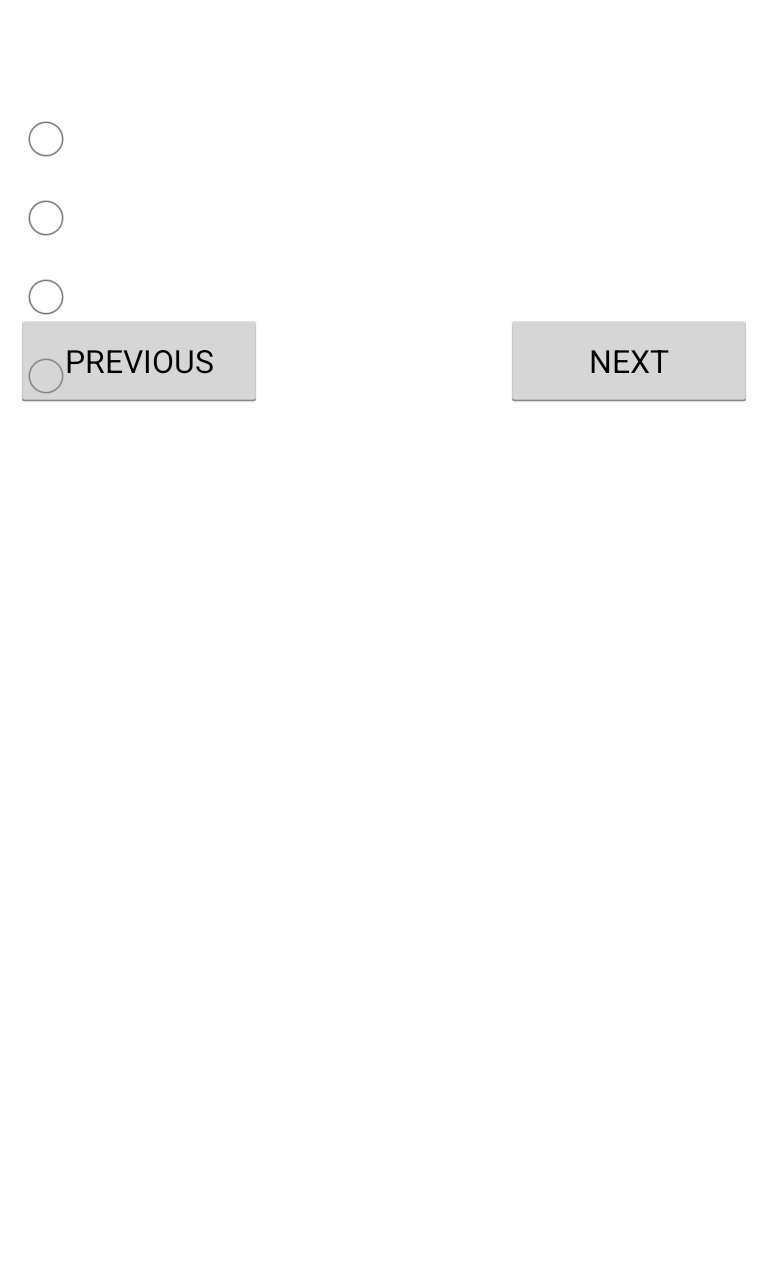
Repository: Harshil737/Career-Launcher
Layout: CareerLauncher/res/layout/fragment_test_page.xml
The author's editor kept a copy of each file at every save. The layout is drawn from the files as they stood at one save, then again after the next save.
It is drawn on a 768 x 1280 px phone screen (xhdpi) without system bars, with theme AppTheme; the app's code is not run.

Above is the layout before, as saved 2017-11-05 15:45:38.

### CareerLauncher/res/layout/fragment_test_page.xml
<RelativeLayout xmlns:android="http://schemas.android.com/apk/res/android"
    xmlns:tools="http://schemas.android.com/tools"
    android:layout_width="match_parent"
    android:layout_height="match_parent"
    android:paddingBottom="@dimen/activity_vertical_margin"
    android:paddingLeft="@dimen/activity_horizontal_margin"
    android:paddingRight="@dimen/activity_horizontal_margin"
    android:paddingTop="@dimen/activity_vertical_margin"
    tools:context=".TestPage" >

    <ScrollView
        android:layout_width="match_parent"
        android:layout_height="match_parent" >

        <RelativeLayout
            android:layout_width="match_parent"
            android:layout_height="match_parent" >

            <TextView
                android:id="@+id/test_page_tv_que"
                android:layout_width="match_parent"
                android:layout_height="wrap_content"
                android:layout_marginTop="7dp"
                android:textSize="24sp" />

            <RadioGroup
                android:id="@+id/test_page_rbGroup"
                android:layout_width="wrap_content"
                android:layout_height="wrap_content"
                android:layout_below="@id/test_page_tv_que" >

                <RadioButton
                    android:id="@+id/test_page_rb_op1"
                    android:layout_width="wrap_content"
                    android:layout_height="wrap_content"
                    android:layout_marginTop="7dp"
                    android:textSize="24sp" />

                <RadioButton
                    android:id="@+id/test_page_rb_op2"
                    android:layout_width="wrap_content"
                    android:layout_height="wrap_content"
                    android:layout_marginTop="7dp"
                    android:textSize="24sp" />

                <RadioButton
                    android:id="@+id/test_page_rb_op3"
                    android:layout_width="wrap_content"
                    android:layout_height="wrap_content"
                    android:layout_marginTop="7dp"
                    android:textSize="24sp" />

                <RadioButton
                    android:id="@+id/test_page_rb_op4"
                    android:layout_width="wrap_content"
                    android:layout_height="wrap_content"
                    android:layout_marginTop="7dp"
                    android:textSize="24sp" />
            </RadioGroup>

            <Button
                android:id="@+id/test_page_btn_previous"
                android:layout_width="125dp"
                android:layout_height="wrap_content"
                android:layout_alignParentBottom="true"
                android:layout_alignParentLeft="true"
                android:layout_marginBottom="24dp"
                android:layout_marginTop="7dp"
                android:text="PREVIOUS"
                android:textSize="16sp" />

            <Button
                android:id="@+id/test_page_btn_next"
                android:layout_width="125dp"
                android:layout_height="wrap_content"
                android:layout_alignParentBottom="true"
                android:layout_alignParentRight="true"
                android:layout_marginBottom="24dp"
                android:layout_marginTop="7dp"
                android:text="NEXT"
                android:textSize="16sp" />
        </RelativeLayout>
    </ScrollView>

</RelativeLayout>

### CareerLauncher/res/values/styles.xml
<resources>

    <style name="AppBaseTheme" parent="android:Theme.Light"></style>

    <!-- Application theme. -->
    <style name="AppTheme" parent="AppBaseTheme"></style>

</resources>

Loaded but not shown: CareerLauncher/res/values-v11/styles.xml (common file); CareerLauncher/res/values-v14/styles.xml (common file); CareerLauncher/res/values/dimens.xml (common file)

After the next save:
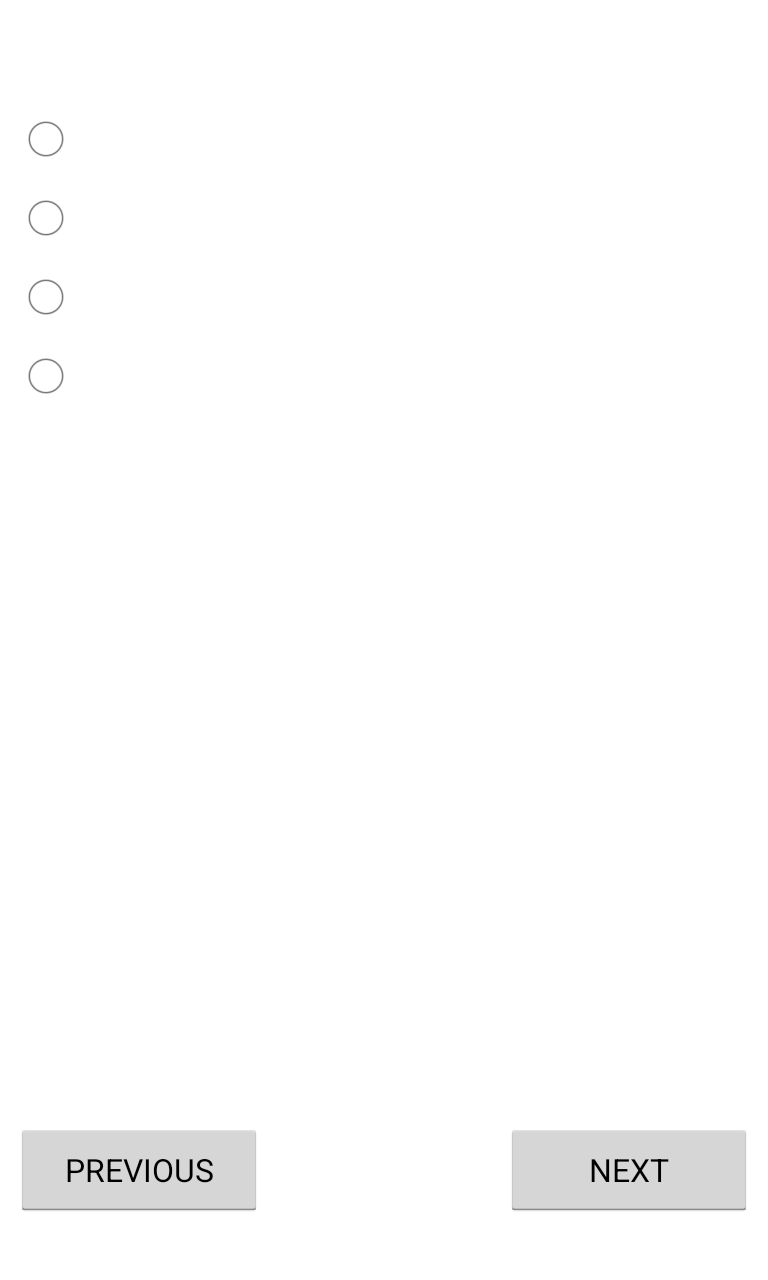
Saved 30 s later.
--- a/CareerLauncher/res/layout/fragment_test_page.xml
+++ b/CareerLauncher/res/layout/fragment_test_page.xml
@@ -8,78 +8,68 @@
     android:paddingTop="@dimen/activity_vertical_margin"
     tools:context=".TestPage" >
 
-    <ScrollView
+    <TextView
+        android:id="@+id/test_page_tv_que"
         android:layout_width="match_parent"
-        android:layout_height="match_parent" >
+        android:layout_height="wrap_content"
+        android:layout_marginTop="7dp"
+        android:textSize="24sp" />
 
-        <RelativeLayout
-            android:layout_width="match_parent"
-            android:layout_height="match_parent" >
+    <RadioGroup
+        android:id="@+id/test_page_rbGroup"
+        android:layout_width="wrap_content"
+        android:layout_height="wrap_content"
+        android:layout_below="@id/test_page_tv_que" >
 
-            <TextView
-                android:id="@+id/test_page_tv_que"
-                android:layout_width="match_parent"
-                android:layout_height="wrap_content"
-                android:layout_marginTop="7dp"
-                android:textSize="24sp" />
+        <RadioButton
+            android:id="@+id/test_page_rb_op1"
+            android:layout_width="wrap_content"
+            android:layout_height="wrap_content"
+            android:layout_marginTop="7dp"
+            android:textSize="24sp" />
 
-            <RadioGroup
-                android:id="@+id/test_page_rbGroup"
-                android:layout_width="wrap_content"
-                android:layout_height="wrap_content"
-                android:layout_below="@id/test_page_tv_que" >
+        <RadioButton
+            android:id="@+id/test_page_rb_op2"
+            android:layout_width="wrap_content"
+            android:layout_height="wrap_content"
+            android:layout_marginTop="7dp"
+            android:textSize="24sp" />
 
-                <RadioButton
-                    android:id="@+id/test_page_rb_op1"
-                    android:layout_width="wrap_content"
-                    android:layout_height="wrap_content"
-                    android:layout_marginTop="7dp"
-                    android:textSize="24sp" />
+        <RadioButton
+            android:id="@+id/test_page_rb_op3"
+            android:layout_width="wrap_content"
+            android:layout_height="wrap_content"
+            android:layout_marginTop="7dp"
+            android:textSize="24sp" />
 
-                <RadioButton
-                    android:id="@+id/test_page_rb_op2"
-                    android:layout_width="wrap_content"
-                    android:layout_height="wrap_content"
-                    android:layout_marginTop="7dp"
-                    android:textSize="24sp" />
+        <RadioButton
+            android:id="@+id/test_page_rb_op4"
+            android:layout_width="wrap_content"
+            android:layout_height="wrap_content"
+            android:layout_marginTop="7dp"
+            android:textSize="24sp" />
+    </RadioGroup>
 
-                <RadioButton
-                    android:id="@+id/test_page_rb_op3"
-                    android:layout_width="wrap_content"
-                    android:layout_height="wrap_content"
-                    android:layout_marginTop="7dp"
-                    android:textSize="24sp" />
+    <Button
+        android:id="@+id/test_page_btn_previous"
+        android:layout_width="125dp"
+        android:layout_height="wrap_content"
+        android:layout_alignParentBottom="true"
+        android:layout_alignParentLeft="true"
+        android:layout_marginBottom="24dp"
+        android:layout_marginTop="7dp"
+        android:text="PREVIOUS"
+        android:textSize="16sp" />
 
-                <RadioButton
-                    android:id="@+id/test_page_rb_op4"
-                    android:layout_width="wrap_content"
-                    android:layout_height="wrap_content"
-                    android:layout_marginTop="7dp"
-                    android:textSize="24sp" />
-            </RadioGroup>
-
-            <Button
-                android:id="@+id/test_page_btn_previous"
-                android:layout_width="125dp"
-                android:layout_height="wrap_content"
-                android:layout_alignParentBottom="true"
-                android:layout_alignParentLeft="true"
-                android:layout_marginBottom="24dp"
-                android:layout_marginTop="7dp"
-                android:text="PREVIOUS"
-                android:textSize="16sp" />
-
-            <Button
-                android:id="@+id/test_page_btn_next"
-                android:layout_width="125dp"
-                android:layout_height="wrap_content"
-                android:layout_alignParentBottom="true"
-                android:layout_alignParentRight="true"
-                android:layout_marginBottom="24dp"
-                android:layout_marginTop="7dp"
-                android:text="NEXT"
-                android:textSize="16sp" />
-        </RelativeLayout>
-    </ScrollView>
+    <Button
+        android:id="@+id/test_page_btn_next"
+        android:layout_width="125dp"
+        android:layout_height="wrap_content"
+        android:layout_alignParentBottom="true"
+        android:layout_alignParentRight="true"
+        android:layout_marginBottom="24dp"
+        android:layout_marginTop="7dp"
+        android:text="NEXT"
+        android:textSize="16sp" />
 
 </RelativeLayout>
